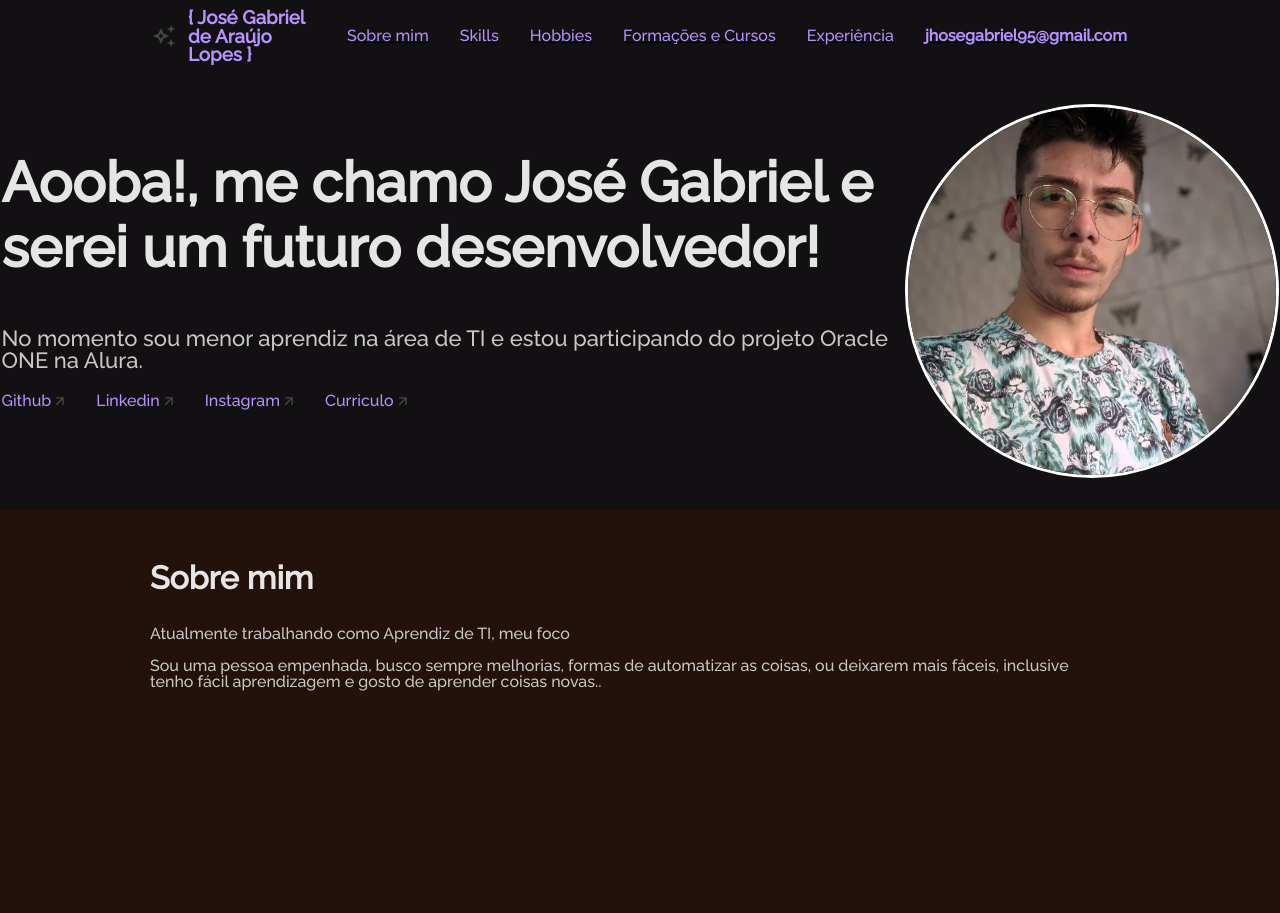
Repository: GabbLps/Portfolio
Page: index.html
The author's editor kept a copy of each file at every save. The page is drawn from the files as they stood at one save, then again after the next save.
The browser window is 1280 px wide. The pictures show the whole page.

Above is the page before, as saved 2022-06-23 12:35:57.

### index.html
<!DOCTYPE html>
<html lang="en">
<head>
    <meta charset="UTF-8">
    <meta http-equiv="X-UA-Compatible" content="IE=edge">
    <meta name="viewport" content="width=device-width, initial-scale=1.0">

    <!-- Folha de estilo de CSS Linkado -->
    <link rel="stylesheet" href="style.css">

    <link rel="preconnect" href="https://fonts.googleapis.com">
    <link rel="preconnect" href="https://fonts.gstatic.com" crossorigin>

    <!-- Fonte do Projeto Raleway -->
    <link href="https://fonts.googleapis.com/css2?family=Raleway:wght@500&display=swap" rel="stylesheet">

    <title>Portifólio Pessoal</title>
</head>
<body>
    <!-- Menu Principal-->
    <div class="all">
        <section class="menu">
            <header>
                <img class="img__menu" src="assets\vector.png">
                <h3 class="menu__title">{ José Gabriel de Araújo Lopes }</h3>
            </header>
            <nav>
                <ul class="menu__list">
                    <li class="menu__list__item"><a href="#sobremim">Sobre mim</a></li>
                    <li class="menu__list__item"><a href="#skills">Skills</a></li>
                    <li class="menu__list__item"><a href="#hobbies">Hobbies</a></li>
                    <li class="menu__list__item"><a href="#formacao">Formações e Cursos</a></li>
                    <li class="menu__list__item"><a href="#xp">Experiência</a></li>
                    <li class="menu__list__item"><a href="#contato"><b>jhosegabriel95@gmail.com</b></a></li>
                </ul>
            </nav>
        </section>

        <!-- Sessão de Header/Title/Hero -->
        <section class="title">
            <div class="title__div">
                <img class="title__profile" src="assets\profile.jpg">
                <div class="title__container" id="#sobremim">
                    <h2 class="title__bio">Aooba!, me chamo José Gabriel e serei um futuro desenvolvedor!</h2>
                    <p class="title__subsection">No momento sou menor aprendiz na área de TI e estou participando do projeto Oracle ONE na Alura.</p>
                    <ul class="title__social__media">
                        <!-- Ponha os links de suas redes sociais favoritas -->
                        <li class="title__social__media__item"><a href="https://github.com/GabbLps" target="_blank">Github <img src="assets\arrow.png"> </a></li>
                        <li class="title__social__media__item"><a href="https://www.linkedin.com/in/josegabrielalopes/" target="_blank">Linkedin <img src="assets\arrow.png"></a></li>
                        <li class="title__social__media__item"><a href="https://www.instagram.com/gabbriel.lps/" target="_blank">Instagram <img src="assets\arrow.png"></a></li>
                        <li class="title__social__media__item"><a href="curriculo.pdf" target="_blank">Curriculo <img src="assets\arrow.png"></a></li>
                    </ul>
                </div>
            </div>
        </section>

        <!-- Sessão sobre mim -->
        <section class="about">
            <div class="about__container">
                <h3 class="about__title">Sobre mim</h3>
                <p class="about__paragraph">Atualmente trabalhando como Aprendiz de TI, meu foco  </p>
                <p class="about__paragraph">Sou uma pessoa empenhada,
                    busco sempre melhorias, formas de automatizar as coisas, ou deixarem mais fáceis, inclusive tenho fácil aprendizagem e gosto de aprender coisas novas..</p>
            </div>
        </section>


    </div>
</body>
</html>

### style.css
:root{
   /*--cor-de-fundo: #F5F5F5;
    --cor-de-link: #000;
    --cor-de-titulos: #464646;
    --cor-fundo-azul: #EAF2ED;
    --cor-caixas: #FBFBFB;
    --azul-botoes: #2A74E4; */
    --cor-de-fundo: #121013;
    --cor-de-fundo-secundaria: #23120B;
    --cor-de-link: #B892FF;
    --cor-de-titulos: #cac7c7;
    --cor-fundo-azul: #EAF2ED;
    --cor-caixas: #fbfbfbe8;
    --azul-botoes: #2A74E4;
}

html {
    background-color: var(--cor-de-fundo);
}

body {
    box-sizing: border-box;
    background-color: var(--cor-de-fundo) ;
    font-family: 'Raleway';
    margin: 0;
    padding: 0;
    line-height: 1;
}

ol, ul,li {
    list-style: none;
}

a{
    text-decoration: none;
    color: var(--cor-de-link);
}

/*Sessão Menu*/

section.menu{
    display: flex;
    justify-content: space-between;
    align-items: center;
    align-content: flex-end;
    height: 10vh;
    margin: 0 153px;
}

section header {
    display: flex;
    align-items: center;
    font-weight: 700;
}

header h3 {
    color: var(--cor-de-link);
}

header img {
    margin-right: 13px;
    user-select: none;
}

/* Sessão lista de navegação  */

nav ul.menu__list {
    display: flex;
    justify-content: space-between;
    width: 780px;
    font-size: 16px;
    text-decoration: underline;
}

/*Sessão Title*/

div.title__div{
    display: flex;
    flex-direction: row-reverse;
    justify-content: space-around;
    align-content: center;
    margin: 0 auto;
}

div.title__container{
    width: 900px;
}

div.title__container h2{
    font-size: 56px;
    font-weight: 700;
    line-height: 65px;
}

section.title{
    margin: 32px 0;
}

div h2.title__bio{
    color: var(--cor-caixas);
}

.title__subsection {
    font-size: 22px;
    color: var(--cor-de-titulos);
    font-weight: 400;
    line-height: 22px;
}

.title__profile{
    width: 368px;
    height: 368px;
    border-radius: 50%;
    border: solid 3px #fff;
}

ul.title__social__media{
    display: flex;
    flex-direction: row;
    gap: 32px;
    padding: 0;
    font-weight: 500;
}

ul li.title__social__media__item{
    font-size: 16px;
    font-weight: 500;
}

/* Sessão about */

section.about{
    width: auto;
    height: 383px;
    background-color: var(--cor-de-fundo-secundaria);
    color: var(--cor-de-titulos);
    padding-top: 20px;
    padding-left: 150px;
    padding: auto;
}

/* Container sessão about me */

div.about__container{
    max-width: 920px;
}

.about__title {
    color: var(--cor-caixas);
    font-size: 32px;
    font-weight: 700;
}

.about__paragraph{
    font-size: 16px;
    line-height: 16px;
    font-weight: 400;
}

After the next save:
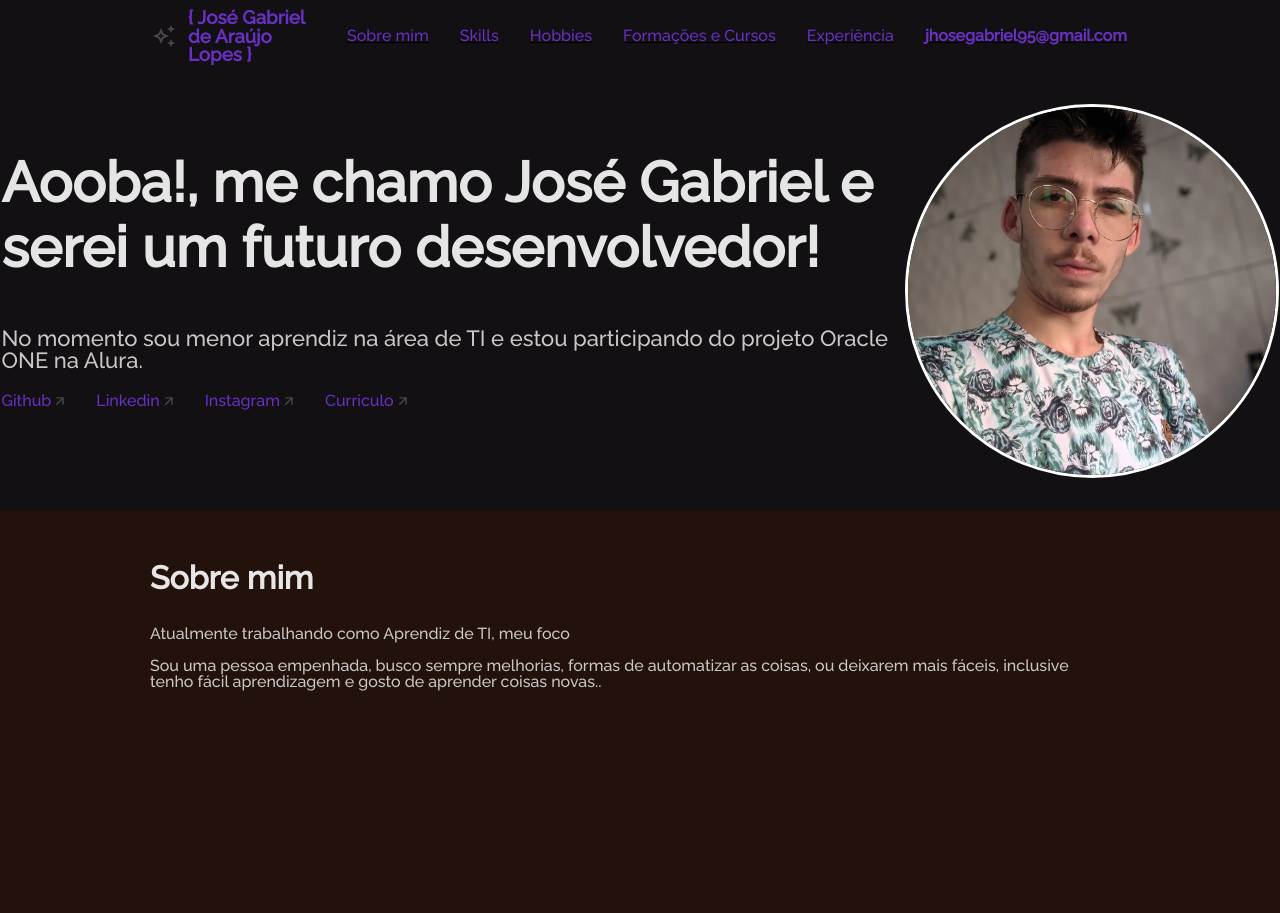
Saved 16 s later.
--- a/style.css
+++ b/style.css
@@ -7,7 +7,7 @@
     --azul-botoes: #2A74E4; */
     --cor-de-fundo: #121013;
     --cor-de-fundo-secundaria: #23120B;
-    --cor-de-link: #B892FF;
+    --cor-de-link: #6930C3;
     --cor-de-titulos: #cac7c7;
     --cor-fundo-azul: #EAF2ED;
     --cor-caixas: #fbfbfbe8;

After the save that followed:
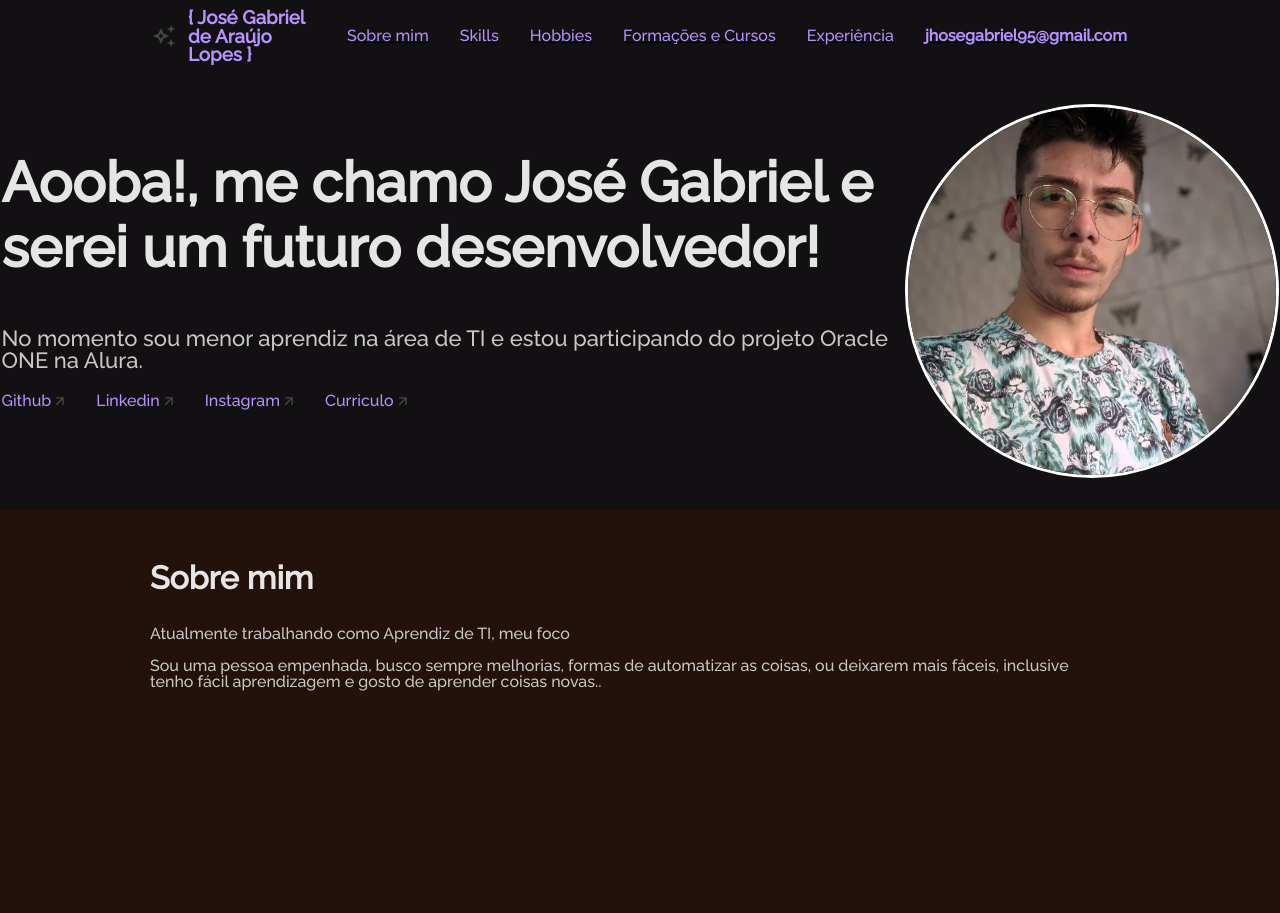
Saved 7 s later.
--- a/style.css
+++ b/style.css
@@ -7,7 +7,7 @@
     --azul-botoes: #2A74E4; */
     --cor-de-fundo: #121013;
     --cor-de-fundo-secundaria: #23120B;
-    --cor-de-link: #6930C3;
+    --cor-de-link: #B892FF;
     --cor-de-titulos: #cac7c7;
     --cor-fundo-azul: #EAF2ED;
     --cor-caixas: #fbfbfbe8;
